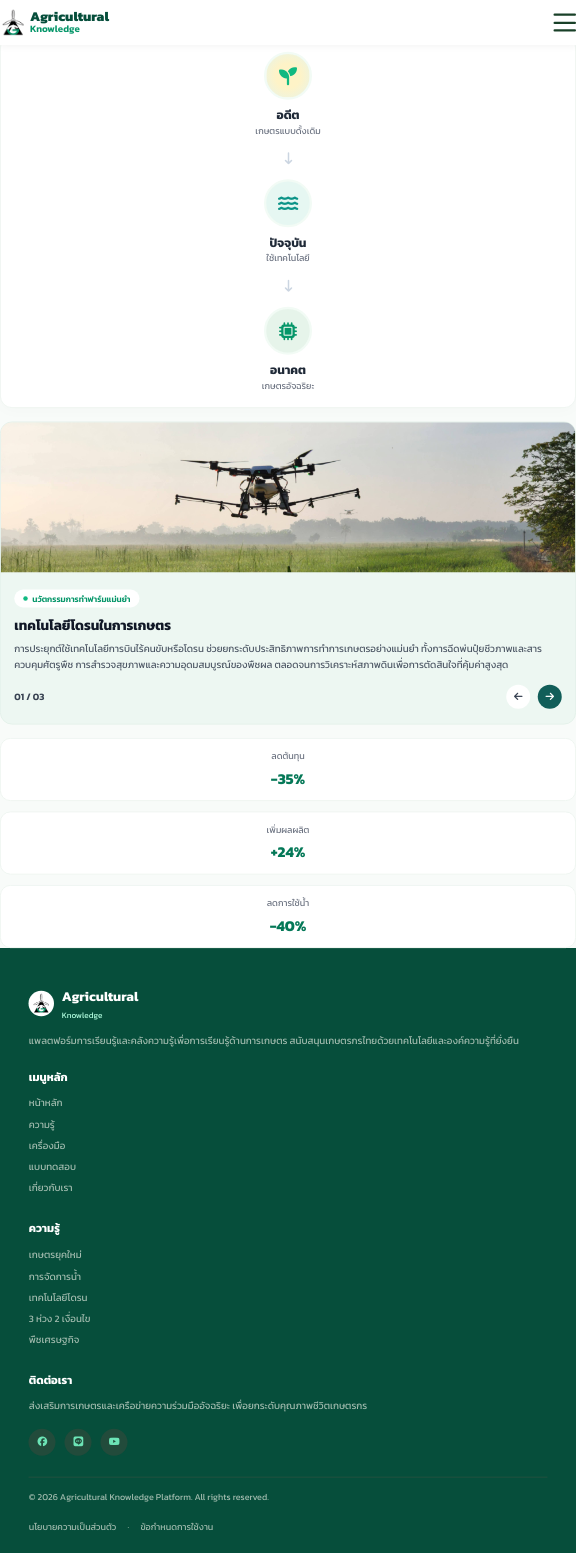
Repository: nuwat-wa/Project-WebdesignAG
Page: ag4.html
An editor plug-in stored every save of this project. The page is shown before and after the next save, followed by the edit.
The browser window is 768 px wide. The pictures show the whole page, at 75% of full size.

Above is the page before, as saved 2026-10-03 21:30:42.

### ag4.html
<!doctype html>
<html lang="th">
  <head>
    <meta charset="UTF-8" />
    <meta name="viewport" content="width=device-width, initial-scale=1.0" />
    <title>Agricultural Knowledge</title>

    <link
      rel="stylesheet"
      href="https://cdnjs.cloudflare.com/ajax/libs/font-awesome/6.7.2/css/all.min.css"
    />

    <link rel="stylesheet" href="style/ag4.css" />
  </head>

  <body>

    <header class="header">
      <div class="logo">
        <div class="logo-icon">
          <img src="/img/icon.png" alt="icon">
        </div>
        <div class="brand-text">
          <h1 class="title">Agricultural</h1>
          <span class="subtitle">Knowledge</span>
        </div>
      </div>

      <input type="checkbox" id="menu-toggle" class="menu-toggle" />

      <label for="menu-toggle" class="hamburger">
        <span></span>
        <span></span>
        <span></span>
      </label>

      <nav class="nav-links">
        <a href="index.html">หน้าหลัก</a>

        <div class="dropdown-hover">
          <a href="#" class="dropdown-btn active"
            >ความรู้ <i class="fa-solid fa-caret-down"></i
          ></a>

          <div class="menu-level1">
            <!-- มือใหม่ -->
            <div class="menu-item-has-children">
              <a href="#">มือใหม่ <i class="fa-solid fa-caret-right"></i></a>
              <div class="menu-level2">
                <a href="ag4.html">เกษตรสมัยใหม่</a>
                <a href="ag5.html">ปลูกข้าว</a>
                <a href="ag6.html">พืชสวน</a>
                <a href="ag7.html">พืชไร่</a>
                <a href="ag8.html">ปลูกผัก</a>
                <a href="ag9.html">การเตรียมดิน</a>
                <a href="#">การเลือกปุ๋ย</a>
                <a href="#">โรคศัตรูพืช</a>
              </div>
            </div>

            <!-- ผู้มีพื้นฐาน -->
            <div class="menu-item-has-children">
              <a href="#"
                >ผู้มีพื้นฐาน <i class="fa-solid fa-caret-right"></i
              ></a>
              <div class="menu-level2">
                <a href="#">เทคโนโลยีการเกษตร</a>
                <a href="#">การวางแผนการผลิต</a>
                <a href="#">AI / Big Data</a>
                <a href="ag10.html">ระบบน้ำอัจฉริยะ</a>
                <a href="#">การจัดการต้นทุน</a>
              </div>
            </div>

            <a href="ag3.html">หลักการพอเพียง</a>
            <a href="#">เรื่องเล่า</a>
            <a href="#">บทความ</a>

          </div>
        </div>

        <a href="#">เครื่องมือ</a>
        <a href="#">แบบทดสอบ</a>
        <a href="ag2.html">เกี่ยวกับเรา</a>
      </nav>
    </header>


    <!-- main content -->
    <main class="agri-container">

      <h1 class="main-heading">พัฒนาการเกษตรสมัยใหม่</h1>

      <!-- timeline -->
      <div class="timeline-card">

        <div class="timeline-step">
          <div class="step-icon-bg step-past">
            <i class="fa-solid fa-seedling"></i>
          </div>
          <h3 class="step-title">อดีต</h3>
          <p class="step-sub">เกษตรแบบดั้งเดิม</p>
        </div>

        <div class="timeline-arrow">
          <i class="fa-solid fa-arrow-right-long"></i>
        </div>

        <div class="timeline-step">
          <div class="step-icon-bg step-present">
            <i class="fa-solid fa-water"></i>
          </div>
          <h3 class="step-title">ปัจจุบัน</h3>
          <p class="step-sub">ใช้เทคโนโลยี</p>
        </div>

        <div class="timeline-arrow">
          <i class="fa-solid fa-arrow-right-long"></i>
        </div>

        <div class="timeline-step">
          <div class="step-icon-bg step-future">
            <i class="fa-solid fa-microchip"></i>
          </div>
          <h3 class="step-title">อนาคต</h3>
          <p class="step-sub">เกษตรอัจฉริยะ</p>
        </div>

      </div>


      <div class="feature-card">

        <div class="feature-image">
          <img
            src="img/do.png"
            alt="เกษตรโดรน"
          />
        </div>

        <div class="feature-content">

          <div>
            <div class="tag">
              <span class="dot"></span>
              นวัตกรรมการทำฟาร์มแม่นยำ
            </div>

            <h2 class="feature-title">
              เทคโนโลยีโดรนในการเกษตร
            </h2>

            <p class="feature-desc">
              การประยุกต์ใช้เทคโนโลยีการบินไร้คนขับหรือโดรน
              ช่วยยกระดับประสิทธิภาพการทำการเกษตรอย่างแม่นยำ
              ทั้งการฉีดพ่นปุ๋ยชีวภาพและสารควบคุมศัตรูพืช
              การสำรวจสุขภาพและความอุดมสมบูรณ์ของพืชผล
              ตลอดจนการวิเคราะห์สภาพดินเพื่อการตัดสินใจที่คุ้มค่าสูงสุด
            </p>
          </div>

          <div class="feature-footer">
            <span class="pagination-num">01 / 03</span>

            <div class="nav-buttons">
              <button class="nav-btn prev">
                <i class="fa-solid fa-arrow-left"></i>
              </button>

              <button class="nav-btn next">
                <i class="fa-solid fa-arrow-right"></i>
              </button>
            </div>
          </div>

        </div>
      </div>


      <!-- stats -->
      <div class="stats-grid">

        <div class="stat-card">
          <p class="stat-label">ลดต้นทุน</p>
          <p class="stat-value text-green">-35%</p>
        </div>

        <div class="stat-card">
          <p class="stat-label">เพิ่มผลผลิต</p>
          <p class="stat-value text-green">+24%</p>
        </div>

        <div class="stat-card">
          <p class="stat-label">ลดการใช้น้ำ</p>
          <p class="stat-value text-green">-40%</p>
        </div>

      </div>

    </main>


    <!-- footer -->
    <footer class="site-footer">

      <div class="footer-top">

        <div class="footer-about">
          <div class="footer-logo">
            <span class="footer-logo-icon"><img src="img/icon.png" alt="icon"></span>

            <div>
              <strong>Agricultural</strong>
              <small>Knowledge</small>
            </div>
          </div>

          <p>
            แพลตฟอร์มการเรียนรู้และคลังความรู้เพื่อการเรียนรู้ด้านการเกษตร
            สนับสนุนเกษตรกรไทยด้วยเทคโนโลยีและองค์ความรู้ที่ยั่งยืน
          </p>
        </div>


        <div class="footer-column">
          <h3>เมนูหลัก</h3>

          <ul>
            <li><a href="ag1.html">หน้าหลัก</a></li>
            <li><a href="#">ความรู้</a></li>
            <li><a href="#">เครื่องมือ</a></li>
            <li><a href="#">แบบทดสอบ</a></li>
            <li><a href="ag2.html">เกี่ยวกับเรา</a></li>
          </ul>
        </div>


        <div class="footer-column">
          <h3>ความรู้</h3>

          <ul>
            <li><a href="#">เกษตรยุคใหม่</a></li>
            <li><a href="#">การจัดการน้ำ</a></li>
            <li><a href="#">เทคโนโลยีโดรน</a></li>
            <li><a href="#">3 ห่วง 2 เงื่อนไข</a></li>
            <li><a href="#">พืชเศรษฐกิจ</a></li>
          </ul>
        </div>


        <div class="footer-contact">
          <h3>ติดต่อเรา</h3>

          <p>
            ส่งเสริมการเกษตรและเครือข่ายความร่วมมืออัจฉริยะ
            เพื่อยกระดับคุณภาพชีวิตเกษตรกร
          </p>

          <div class="footer-social">
            <a href="#" aria-label="Facebook"><i class="fa-brands fa-facebook"></i></a>
            <a href="#" class="social-line" aria-label="LINE"><i class="fa-brands fa-line"></i></a>
            <a href="#" aria-label="YouTube"><i class="fa-brands fa-youtube"></i></a>
          </div>
        </div>

      </div>


      <div class="footer-bottom">

        <p>© 2026 Agricultural Knowledge Platform. All rights reserved.</p>

        <div class="footer-policy">
          <a href="#">นโยบายความเป็นส่วนตัว</a>
          <span>·</span>
          <a href="#">ข้อกำหนดการใช้งาน</a>
        </div>

      </div>

    </footer>

  </body>
</html>

### style/ag4.css
@import url("https://fonts.googleapis.com/css2?family=Kanit:wght@300;400;500;600;700;800&display=swap");

* {
  margin: 0;
  padding: 0;
  box-sizing: border-box;
  font-family: "Kanit", sans-serif;
}

html {
  scroll-behavior: smooth;
  scrollbar-width: none;
}

html::-webkit-scrollbar {
  display: none;
}

body {
  background: #f8fbf9;
  color: #111827;
  overflow-x: hidden;
}


/* header */
.header {
  position: fixed;
  top: 0;
  left: 0;
  z-index: 1000;
  width: 100%;
  height: 65px;
  padding: 0 5%;
  background: #fff;
  display: flex;
  align-items: center;
  justify-content: space-between;
  box-shadow: 0 2px 10px rgba(0, 0, 0, 0.05);
}

.logo {
  display: flex;
  align-items: center;
  gap: 5px;
}

.logo-icon img {
  width: 35px;
  height: 35px;
  display: flex;
  align-items: center;
  justify-content: center;
}

.brand-text {
  display: flex;
  flex-direction: column;
}

.title {
  color: #064e3b;
  font-size: 18px;
  font-weight: 800;
  line-height: 0.95;
}

.subtitle {
  margin-top: 2px;
  color: #059669;
  font-size: 13px;
  font-weight: 600;
  line-height: 1.1;
}

/* nav */
.nav-links {
    display: grid;
    grid-template-columns: repeat(5, auto);
    align-items: center;
    justify-content: end;
    gap: 32px;
}

.nav-links > a,
.dropdown-btn {
    position: relative;
    display: inline-flex;
    align-items: center;
    justify-content: center;
    gap: 5px;
    margin: 0;
    padding: 4px 0;
    border: 0;
    background: none;
    color: #374151;
    text-decoration: none;
    font-family: "Kanit", sans-serif;
    font-size: 14px;
    font-weight: 500;
    white-space: nowrap;
    cursor: pointer;
    transition: color 0.2s;
}

.nav-links > a::after,
.dropdown-btn::after {
    content: "";
    position: absolute;
    left: 0;
    bottom: 0;
    width: 100%;
    height: 2px;
    background: #196738;
    transform: scaleX(0);
    transform-origin: center;
    transition: transform 0.2s ease;
}

.nav-links > a:hover,
.nav-links > a.active,
.dropdown-btn:hover {
    color: #2d6a4f;
}

.nav-links > a:hover::after,
.nav-links > a.active::after,
.dropdown-btn:hover::after {
    transform: scaleX(1);
}

.dropdown-hover .dropdown-btn.active::after {
    transform: scaleX(1);
}

/* dropdown */
.dropdown-hover {
  position: relative;
}

.menu-level1,
.menu-level2 {
  position: absolute;
  display: none;
  min-width: 180px;
  padding: 0;
  background: #fff;
  border-radius: 8px;
  box-shadow: 0 4px 12px rgba(0, 0, 0, 0.15);
}

.menu-level1 {
  top: 100%;
  left: 0;
  border-left: 4px solid #2d6a4f;
}

.menu-level2 {
  top: 0;
  left: 100%;
  border-left: 4px solid #28a745;
}

.dropdown-hover:hover > .menu-level1,
.menu-item-has-children:hover > .menu-level2 {
  display: block;
}

.menu-item-has-children {
  position: relative;
}

.menu-level1 a,
.menu-level2 a {
  width: 100%;
  margin: 0 !important;
  padding: 10px 20px !important;
  display: flex !important;
  align-items: center;
  justify-content: space-between;
  color: #333;
  text-decoration: none;
  border-radius: 8px;
}

.menu-level1 a:hover,
.menu-level2 a:hover {
  background: #f0f4f8;
  color: #2d6a4f;
}

/* mobile menu */
.menu-toggle {
  display: none;
}

.hamburger {
  display: none;
}

/* main */
.agri-container {
  width: 100%;
  max-width: none;
  margin: 0;
  padding: 85px 5% 48px;
}

.main-heading {
  margin-bottom: 18px;
  color: #1b4d3e;
  font-size: 22px;
  font-weight: 700;
}

/* timeline */
.timeline-card {
  display: flex;
  align-items: center;
  justify-content: space-around;
  margin-bottom: 18px;
  padding: 20px;
  background: #fff;
  border: 1px solid #ebf3ee;
  border-radius: 16px;
  box-shadow: 0 4px 20px rgba(0, 0, 0, 0.02);
}

.timeline-step {
  display: flex;
  flex-direction: column;
  align-items: center;
  text-align: center;
}

.step-icon-bg {
  width: 64px;
  height: 64px;
  margin-bottom: 8px;
  border-radius: 50%;
  display: flex;
  align-items: center;
  justify-content: center;
  font-size: 24px;
  border: 3px solid #f2fbf5;
}

.step-past {
  background: radial-gradient(circle, #fef3c7 40%, #e6f4ea 100%);
  color: #10b981;
}

.step-present {
  background: #e6f7f2;
  color: #0d9488;
}

.step-future {
  background: #e6f4ea;
  color: #059669;
}

.step-title {
  color: #1f2937;
  font-size: 16px;
  font-weight: 700;
}

.step-sub {
  color: #6b7280;
  font-size: 12px;
}

.timeline-arrow {
  color: #cbd5e1;
  font-size: 16px;
}

/* feature */
.feature-card {
  display: flex;
  margin-bottom: 18px;
  min-height: 280px;
  overflow: hidden;
  background: #edf7f2;
  border: 1px solid #e1efe7;
  border-radius: 16px;
}

.feature-image {
  position: relative;
  flex: 0 0 40%;
  min-width: 0;
}

.feature-image img {
  position: absolute;
  inset: 0;
  width: 100%;
  height: 100%;
  display: block;
  object-fit: cover;
}

.feature-content {
  flex: 1;
  padding: 24px 28px;
  display: flex;
  flex-direction: column;
  justify-content: space-between;
}

.tag {
  width: fit-content;
  margin-bottom: 10px;
  padding: 4px 12px;
  display: inline-flex;
  align-items: center;
  background: #fff;
  color: #059669;
  border-radius: 20px;
  font-size: 11px;
  font-weight: 600;
}

.tag .dot {
  width: 6px;
  height: 6px;
  margin-right: 6px;
  background: #10b981;
  border-radius: 50%;
}

.feature-title {
  margin-bottom: 8px;
  color: #111827;
  font-size: 19px;
  font-weight: 700;
}

.feature-desc {
  margin-bottom: 16px;
  color: #4b5563;
  font-size: 13px;
  line-height: 1.6;
}

.feature-footer {
  display: flex;
  align-items: center;
  justify-content: space-between;
}

.pagination-num {
  color: #374151;
  font-size: 13px;
  font-weight: 600;
}

.nav-buttons {
  display: flex;
  gap: 10px;
}

.nav-btn {
  width: 32px;
  height: 32px;
  border: none;
  border-radius: 50%;
  display: flex;
  align-items: center;
  justify-content: center;
  cursor: pointer;
  font-size: 13px;
}

.nav-btn.prev {
  background: #fff;
  color: #374151;
}

.nav-btn.next {
  background: #115e59;
  color: #fff;
}

.nav-btn:hover {
  opacity: 0.85;
}

/* stats */
.stats-grid {
  display: grid;
  grid-template-columns: repeat(3, 1fr);
  gap: 14px;
}

.stat-card {
  padding: 14px;
  background: #fff;
  border: 1px solid #ebf3ee;
  border-radius: 14px;
  text-align: center;
}

.stat-label {
  margin-bottom: 6px;
  color: #6b7280;
  font-size: 12px;
}

.stat-value {
  font-size: 20px;
  font-weight: 700;
}

.text-green {
  color: #047857;
}

/* footer */
.site-footer {
  width: 100%;
  padding: 50px 5% 25px;
  background: #064e3b;
  color: #a4bdb0;
  font-size: 13px;
  line-height: 1.7;
}

.site-footer a {
  color: #a4bdb0;
  text-decoration: none;
}

.site-footer a:hover {
  color: #65dfb0;
}

.footer-top,
.footer-bottom {
  width: 100%;
  max-width: none;
  margin-left: 0;
  margin-right: 0;
}

.footer-top {
  display: flex;
  justify-content: space-between;
  gap: 32px;
}

.footer-about {
  flex: 1.6;
}

.footer-column {
  flex: 0.9;
}

.footer-contact {
  flex: 1.2;
}

.footer-logo {
  display: flex;
  align-items: center;
  gap: 10px;
  margin-bottom: 14px;
}

.footer-logo-icon {
  width: 34px;
  height: 34px;
  display: flex;
  align-items: center;
  justify-content: center;
  background: white;
  border-radius: 50%;
  font-size: 20px;
}

.footer-logo-icon img {
  width: 26px;
  height: 26px;
  display: flex;
  align-items: center;
  justify-content: center;
}

.footer-logo strong {
  display: block;
  color: white;
  font-size: 18px;
}

.footer-logo small {
  display: block;
  color: #b3ffe1;
  font-size: 11px;
}

.site-footer h3 {
  margin-bottom: 12px;
  color: #fff;
  font-size: 15px;
}

.site-footer ul {
  padding: 0;
  list-style: none;
}

.site-footer li {
  margin-bottom: 6px;
}

.footer-social {
  display: flex;
  gap: 12px;
  margin-top: 18px;
}

.footer-social a {
  width: 36px;
  height: 36px;
  border-radius: 50%;
  background: #224b3b;
  color: #6ce4b6;
  display: flex;
  align-items: center;
  justify-content: center;
}

.footer-bottom {
  display: flex;
  align-items: center;
  justify-content: space-between;
  gap: 20px;
  margin-top: 28px;
  padding-top: 16px;
  border-top: 1px solid #2b5140;
  font-size: 12px;
}

.footer-policy {
  display: flex;
  gap: 15px;
}

/* responsive */
@media (max-width: 768px) {
  /* header */
  .header {
    height: 60px;
    padding: 0 var(--gutter);
  }

  /* hamburger */
  .hamburger {
    display: flex;
    width: 30px;
    height: 24px;
    cursor: pointer;
    flex-direction: column;
    justify-content: space-between;
  }

  .hamburger span {
    width: 100%;
    height: 3px;
    border-radius: 3px;
    background: #194028;
  }

  /* navigation */
  .nav-links {
    position: absolute;
    top: 60px;
    left: 0;
    width: 100%;
    padding: 15px var(--gutter);
    display: none;
    flex-direction: column;
    align-items: stretch;
    gap: 0;
    background: #fff;
    box-shadow: 0 5px 10px rgba(0, 0, 0, 0.08);
  }

  .menu-toggle:checked ~ .nav-links {
    display: flex;
  }

  .nav-links > a,
  .dropdown-btn {
    width: 100%;
    margin: 0;
    padding: 12px 5px;
  }

  .dropdown-hover {
    width: 100%;
  }

  /* dropdown */
  .menu-level1,
  .menu-level2 {
    position: static;
    width: 100%;
    min-width: 0;
    padding: 0;
    border-radius: 0;
    box-shadow: none;
  }

  .menu-level1 {
    border-left: 3px solid #2d6a4f;
    background: #f8faf9;
  }

  .menu-level2 {
    border-left: 3px solid #28a745;
    background: #fff;
  }

  .dropdown-hover:hover > .menu-level1,
  .menu-item-has-children:hover > .menu-level2 {
    display: block;
  }

  /* main */
  .agri-container {
    width: 100%;
    padding: 78px var(--gutter) 48px;
  }

  .main-heading {
    font-size: 20px;
    margin-bottom: 18px;
  }

  /* timeline */
  .timeline-card {
    flex-direction: column;
    gap: 16px;
    padding: 20px 15px;
  }

  .timeline-arrow {
    transform: rotate(90deg);
  }

  /* feature */
  .feature-card {
    flex-direction: column;
    min-height: 0;
  }

  .feature-image {
    flex: none;
    height: 200px;
  }

  .feature-content {
    padding: 20px 18px;
  }

  .feature-title {
    font-size: 18px;
  }

  /* stats */
  .stats-grid {
    grid-template-columns: 1fr;
  }

  /* footer */
  .footer-top {
    flex-direction: column;
    gap: 24px;
  }

  .footer-about,
  .footer-column,
  .footer-contact {
    flex: 1 1 100%;
  }

  .footer-bottom {
    flex-direction: column;
    align-items: flex-start;
  }

  .footer-policy {
    flex-wrap: wrap;
  }
}

After the next save:
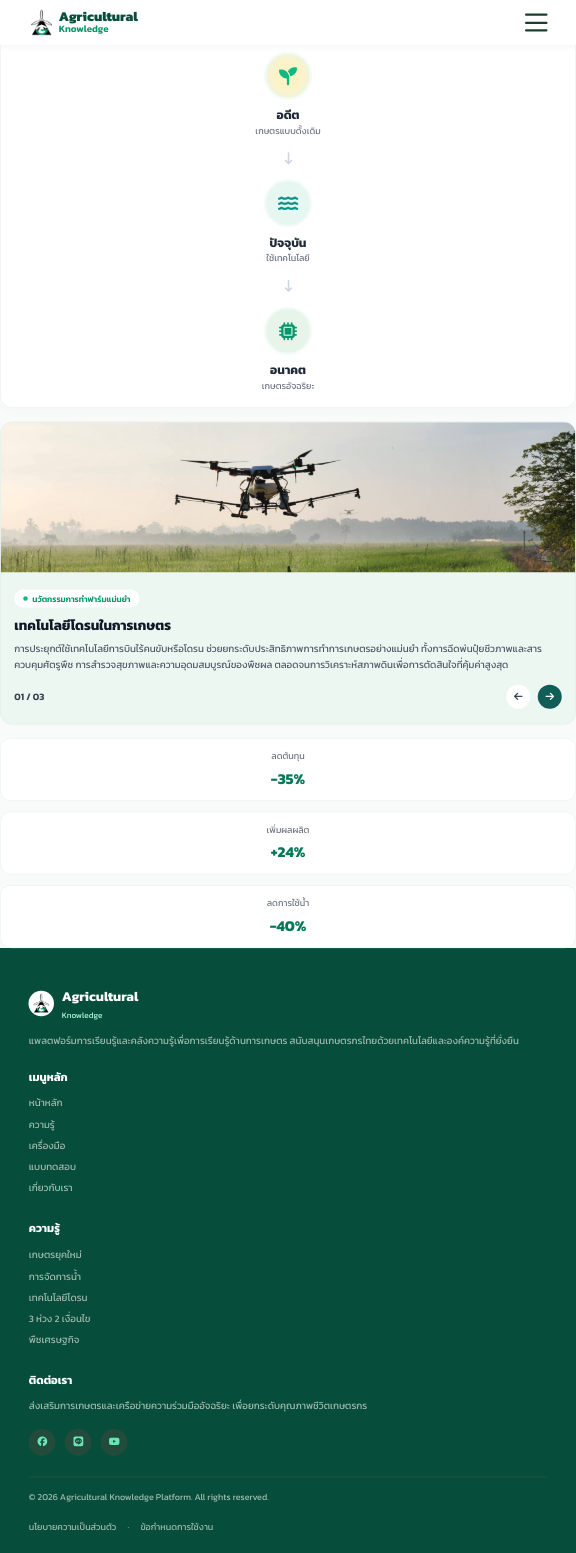
Saved 26 s later.
--- a/style/ag4.css
+++ b/style/ag4.css
@@ -554,7 +554,7 @@ body {
   /* header */
   .header {
     height: 60px;
-    padding: 0 var(--gutter);
+    padding: 0 5%;
   }
 
   /* hamburger */
